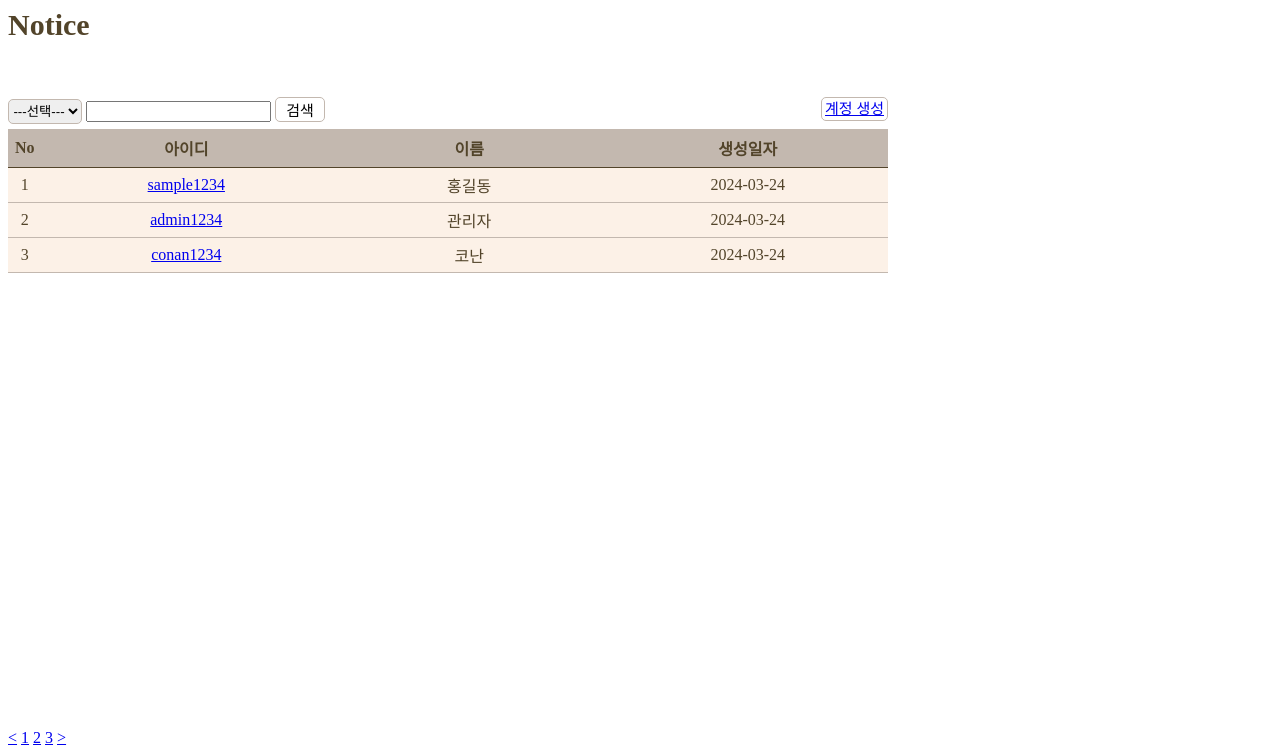
Repository: jngwk/Project-Bark
Page: http://localhost/Bark/include/manageAdmin.jsp
These files come from the project's save history. The page is drawn as it stood at one moment and after the next save; the edit follows.
The browser window is 1280 px wide. The pictures show the whole page.
The page is served by Tomcat 9. Other server files are loaded and not shown.

Above is the page before, as saved 2024-03-26 16:00:23.

### java_workspace/Bark/src/main/webapp/include/manageAdmin.jsp
<%@ page language="java" contentType="text/html; charset=UTF-8"
    pageEncoding="UTF-8"%>
<!DOCTYPE html>
<html lang="en">
  <head>
    <meta charset="UTF-8" />
    <meta name="viewport" content="width=device-width, initial-scale=1.0" />
    <title>Document</title>
    <link rel="stylesheet" href="./css/manageAdmin.css" />
  </head>
  <body>
    <div class="container">
      <div class="row">
        <h>Notice</h>

        <div class="table-top">
          <form action="#" class="table-search-form">
            <select name="notice_category">
              <option>---선택---</option>
              <option value="1">이름</option>
              <option value="1">아이디</option>
            </select>
            <input type="search" class="search-bar" />
            <input type="submit" class="search btn" value="검색" />
          </form>

          <div class="create-account btn"><a href="#">계정 생성</a></div>
        </div>

        <div class="table">
          <table class="admin-table">
            <thead>
              <tr>
                <th>No</th>
                <th>아이디</th>
                <th>이름</th>
                <th>생성일자</th>
              </tr>
            </thead>
            <tbody>
              <tr>
                <td>1</td>
                <td><a href="#">sample1234</a></td>
                <td>홍길동</td>
                <td>2024-03-24</td>
              </tr>
              <tr>
                <td>2</td>
                <td><a href="#">admin1234</a></td>
                <td>관리자</td>
                <td>2024-03-24</td>
              </tr>
              <tr>
                <td>3</td>
                <td><a href="#">conan1234</a></td>
                <td>코난</td>
                <td>2024-03-24</td>
              </tr>
            </tbody>
          </table>
        </div>

        <div class="pageNumber">
          <a href="#"><</a>
          <a href="#">1</a>
          <a href="#">2</a>
          <a href="#">3</a>
          <a href="#">></a>
        </div>
      </div>
    </div>
  </body>
</html>

### java_workspace/Bark/src/main/webapp/css/manageAdmin.css
@charset "UTF-8";

@charset "UTF-8";
.container{
	width: 880px;
}
/*초기화 */
.table {
  min-height: 600px;
}

/* 제목 */
.row > h {
  color: #52442a;
  font-weight: bold;
  font-size: 30px;
}
.table-top {
  display: flex;
  justify-content: space-between;
  align-content: center;
  padding: 5px 0;
  margin-top: 50px;
}

/*검색*/
.table-search-form > select {
  cursor: pointer;
  border-radius: 5px;
  border: 1px solid rgb(195, 184, 175);
  text-align: center;
  height: 25px;
}

.search.btn {
  border-radius: 5px;
  border: thin solid rgb(195, 184, 175);
  background-color: white;
  width: 50px;
  height: 25px;
  font-size: 15px;
}
.search.btn:hover {
  background-color: rgb(195, 184, 175);
  color: #fcf1e7;
  border: thin solid rgb(195, 184, 175);
  cursor: pointer;
}

/* 글쓰기버튼 */
.create-account.btn {
  border: none;
}
.create-account.btn > a {
  padding: 3px;
  font-size: 14px;
  background-color: white;
  border-radius: 5px;
  border: thin solid rgb(195, 184, 175);
  font-size: 15px;
}
.create-account.btn > a:hover {
  background-color: rgb(195, 184, 175);
  color: #fcf1e7;
  border: thin solid rgb(195, 184, 175);
}

/* 테이블 */

.admin-table {
  border-spacing: 0;
}
.admin-table > thead > tr > th {
  background-color: rgb(195, 184, 175);
  color: #52442a;
  text-align: center;
  padding: 7px;
  border-bottom: 1px solid #52442a;
  font-weight: bold;
}
.admin-table > thead > tr > th:nth-child(2) {
  width: 333px;
}
.admin-table > thead > tr > th:nth-child(3) {
  width: 333px;
}
.admin-table > thead > tr > th:nth-child(4) {
  width: 333px;
}
.admin-table > tbody > tr > td {
  background: #fcf1e7;
  color: #52442a;
  text-align: center;
  border-bottom: 1px solid rgb(195, 184, 175);
  padding: 5px;
}
/* 페이지 */
.page-number {
  display: flex;
  justify-content: center;
}
.page-number > a {
  padding: 10px;
}

/* #fcf1e7 #52442a */

After the next save:
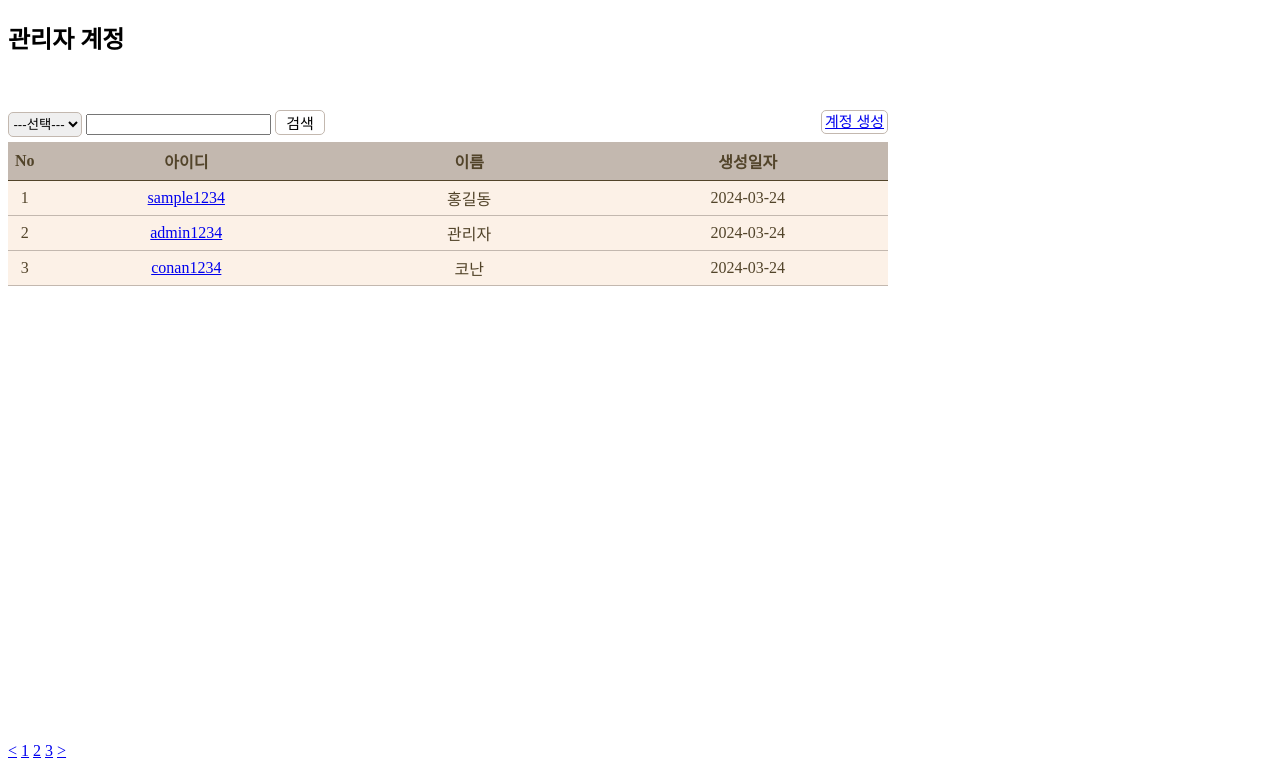
Saved 56 s later.
--- a/java_workspace/Bark/src/main/webapp/include/manageAdmin.jsp
+++ b/java_workspace/Bark/src/main/webapp/include/manageAdmin.jsp
@@ -11,7 +11,7 @@
   <body>
     <div class="container">
       <div class="row">
-        <h>Notice</h>
+        <h2>관리자 계정</h2>
 
         <div class="table-top">
           <form action="#" class="table-search-form">
